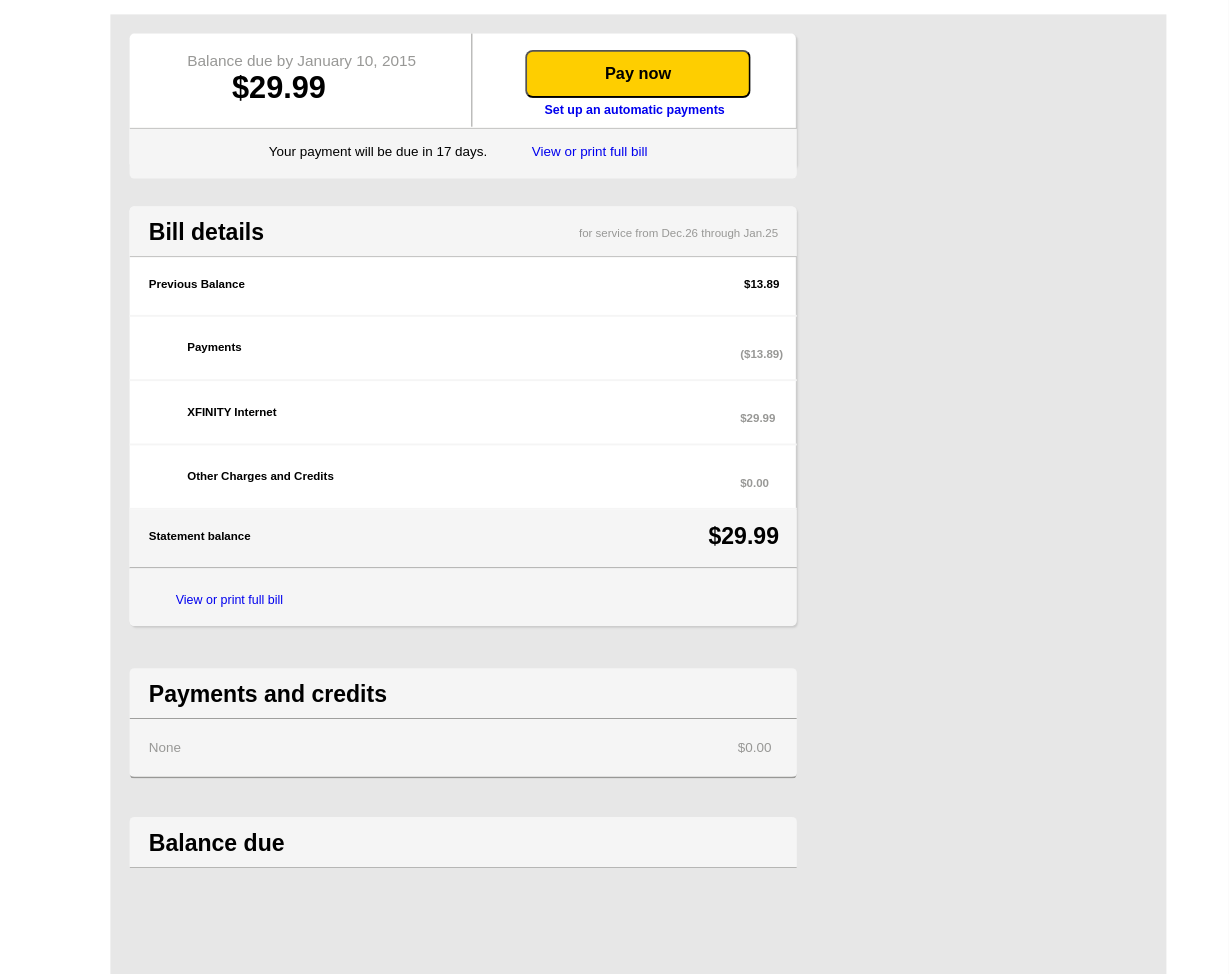
Repository: Sakivaday/UI-TSQ
Page: Aptana Studio 3 Workspace/tsq/assignment3/comcast2.html
The author's editor kept a copy of each file at every save. The page is drawn from the files as they stood at one save, then again after the next save.
The browser window is 1280 px wide. The pictures show the whole page, at 96% of full size.
Pictures or frames that could not be fetched are drawn as grey boxes.

Above is the page before, as saved 2015-01-22 00:17:38.

After the next save:
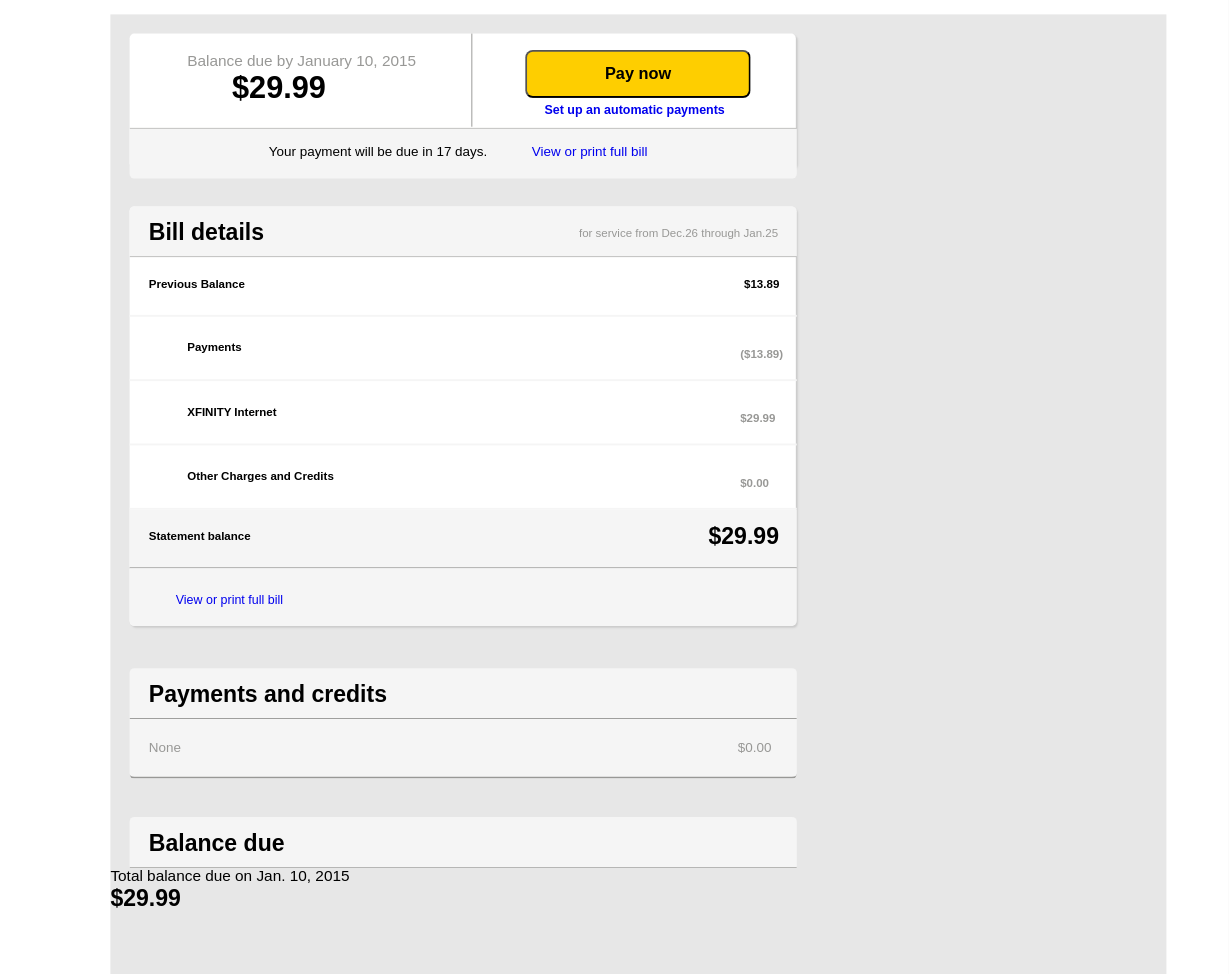
Saved 2 min 51 s later.
--- a/Aptana Studio 3 Workspace/tsq/assignment3/comcast2.html
+++ b/Aptana Studio 3 Workspace/tsq/assignment3/comcast2.html
@@ -76,7 +76,10 @@
 					<h2>Balance due</h2>
 					<div class="questionmark"></div>
 				</div>
-
+		<div class="totalbalace">
+					<p id="tb">Total balance due on Jan. 10, 2015</p>
+					<h2 id="dollar">$29.99</h2>
+				</div>
 
 
 
